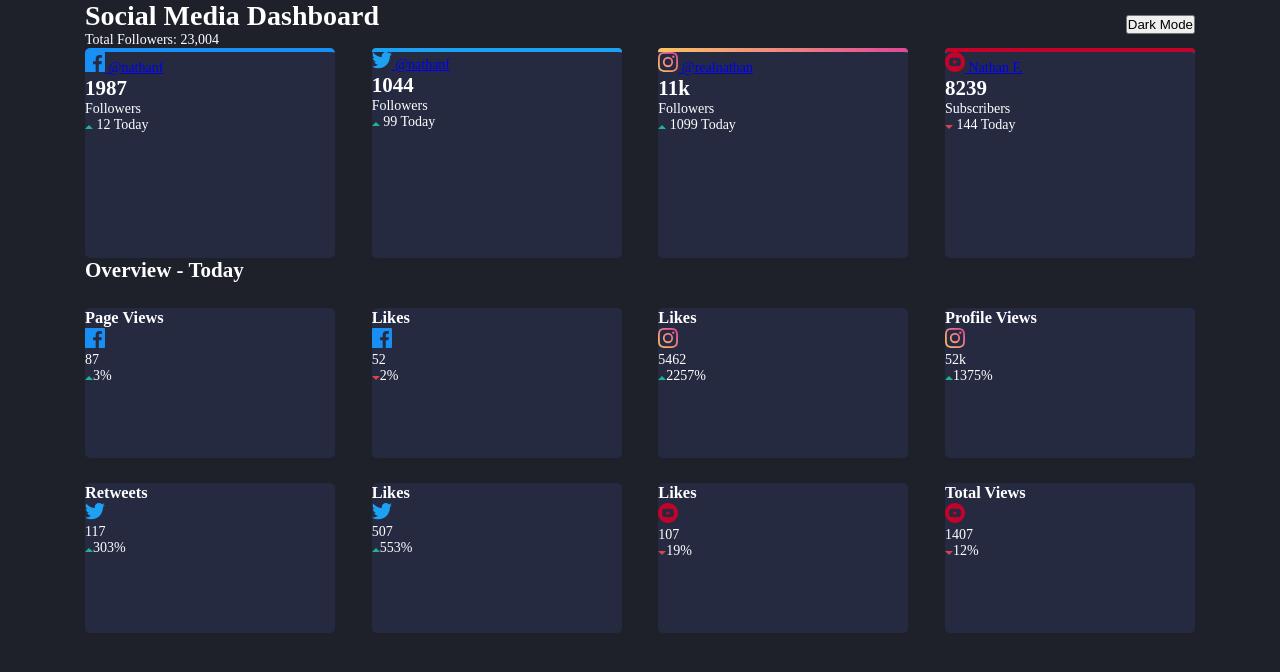
Repository: mamulini/social-media-dashboard-with-theme-switcher-master
Page: index.html
The author's editor kept a copy of each file at every save. The page is drawn from the files as they stood at one save, then again after the next save.
The browser window is 1280 px wide. The pictures show the whole page.

Above is the page before, as saved 2020-04-06 14:10:49.

### index.html
<!DOCTYPE html>
<html lang="en">

<head>
  <meta charset="UTF-8">
  <meta name="viewport" content="width=device-width, initial-scale=1.0">
  <link rel="icon" type="image/png" sizes="32x32" href="./images/favicon-32x32.png">
  <link rel="stylesheet" href="./css/style.css">
  <title>Frontend Mentor | [Challenge Name Here]</title>
</head>

<body>
  <main class="dashboard container">
    <header class="header">
      <div class="title">
        <h1 class="title__name">Social Media Dashboard</h1>
        <p class="title__total">Total Followers: 23,004</p>
      </div>
      <button class="theme" type="button">Dark Mode</button>
    </header>
    <div class="followers_block">
      <div class="folowers">

        <a class="followers__link" href="#"><svg xmlns="http://www.w3.org/2000/svg" width="20" height="20">
          <path fill="#178FF5" d="M18.896 0H1.104C.494 0 0 .494 0 1.104v17.793C0 19.506.494 20 1.104 20h9.58v-7.745H8.076V9.237h2.606V7.01c0-2.583 1.578-3.99 3.883-3.99 1.104 0 2.052.082 2.329.119v2.7h-1.598c-1.254 0-1.496.597-1.496 1.47v1.928h2.989l-.39 3.018h-2.6V20h5.098c.608 0 1.102-.494 1.102-1.104V1.104C20 .494 19.506 0 18.896 0z"/>
        </svg> @nathanf</a>
        <h2 class="followers__sum">1987</h2>
        <p class="followers__title">Followers</p>
        <p class="followers__today"><svg xmlns="http://www.w3.org/2000/svg" width="8" height="4"><path fill="#1EB589" fill-rule="evenodd" d="M0 4l4-4 4 4z"/></svg> 12 Today</p>
      </div>
      <div class="folowers folowers--twitter">
        <a class="followers__link" href="#"><svg xmlns="http://www.w3.org/2000/svg" width="20" height="17"><path fill="#1DA1F2" d="M20 1.924a8.192 8.192 0 01-2.357.646A4.11 4.11 0 0019.448.3a8.22 8.22 0 01-2.606.996A4.096 4.096 0 0013.847 0c-2.65 0-4.596 2.472-3.998 5.037A11.648 11.648 0 011.392.752a4.109 4.109 0 001.27 5.478 4.086 4.086 0 01-1.858-.513C.76 7.616 2.122 9.395 4.095 9.79a4.113 4.113 0 01-1.853.07 4.106 4.106 0 003.833 2.849A8.25 8.25 0 010 14.41a11.616 11.616 0 006.29 1.843c7.618 0 11.922-6.434 11.663-12.205A8.354 8.354 0 0020 1.924z"/></svg> @nathanf</a>
        <h2 class="followers__sum">1044</h2>
        <p class="followers__title">Followers</p>
        <p class="followers__today"><svg xmlns="http://www.w3.org/2000/svg" width="8" height="4"><path fill="#1EB589" fill-rule="evenodd" d="M0 4l4-4 4 4z"/></svg> 99 Today</p>
      </div>
      <div class="folowers folowers--instagram">
        <a class="followers__link" href="#"><svg xmlns="http://www.w3.org/2000/svg" width="20" height="20"><defs><linearGradient id="a" x1="100%" x2="0%" y1="0%" y2="100%"><stop offset="0%" stop-color="#DF4896"/><stop offset="50.913%" stop-color="#EE877E"/><stop offset="100%" stop-color="#FDC366"/></linearGradient></defs><path fill="url(#a)" d="M10 1.802c2.67 0 2.987.01 4.042.059 2.71.123 3.975 1.409 4.099 4.099.048 1.054.057 1.37.057 4.04 0 2.672-.01 2.988-.057 4.042-.124 2.687-1.387 3.975-4.1 4.099-1.054.048-1.37.058-4.041.058-2.67 0-2.987-.01-4.04-.058-2.717-.124-3.977-1.416-4.1-4.1-.048-1.054-.058-1.37-.058-4.041 0-2.67.01-2.986.058-4.04.124-2.69 1.387-3.977 4.1-4.1 1.054-.048 1.37-.058 4.04-.058zM10 0C7.284 0 6.944.012 5.878.06 2.246.227.228 2.242.06 5.877.01 6.944 0 7.284 0 10s.012 3.057.06 4.123c.167 3.632 2.182 5.65 5.817 5.817 1.067.048 1.407.06 4.123.06s3.057-.012 4.123-.06c3.629-.167 5.652-2.182 5.816-5.817.05-1.066.061-1.407.061-4.123s-.012-3.056-.06-4.122C19.777 2.249 17.76.228 14.124.06 13.057.01 12.716 0 10 0zm0 4.865a5.135 5.135 0 100 10.27 5.135 5.135 0 000-10.27zm0 8.468a3.333 3.333 0 110-6.666 3.333 3.333 0 010 6.666zm5.338-9.87a1.2 1.2 0 100 2.4 1.2 1.2 0 000-2.4z"/></svg> @realnathan</a>
        <h2 class="followers__sum">11k</h2>
        <p class="followers__title">Followers</p>
        <p class="followers__today"><svg xmlns="http://www.w3.org/2000/svg" width="8" height="4"><path fill="#1EB589" fill-rule="evenodd" d="M0 4l4-4 4 4z"/></svg> 1099 Today</p>
      </div>
      <div class="folowers folowers--youtube">
        <a class="followers__link" href="#"><svg xmlns="http://www.w3.org/2000/svg" width="20" height="20"><path fill="#C4032B" d="M10 0C4.478 0 0 4.478 0 10c0 5.523 4.478 10 10 10 5.523 0 10-4.477 10-10 0-5.522-4.477-10-10-10zm3.7 14.077c-1.75.12-5.652.12-7.402 0-1.896-.13-2.117-1.059-2.131-4.077.014-3.024.237-3.947 2.131-4.077 1.75-.12 5.652-.12 7.403 0 1.897.13 2.117 1.059 2.132 4.077-.015 3.024-.237 3.947-2.132 4.077zM8.334 8.048l4.098 1.949-4.098 1.955V8.048z"/></svg> Nathan F.</a>
        <h2 class="followers__sum">8239</h2>
        <p class="followers__title">Subscribers</p>
        <p class="followers__today"><svg xmlns="http://www.w3.org/2000/svg" width="8" height="4"><path fill="#DC414C" fill-rule="evenodd" d="M0 0l4 4 4-4z"/></svg> 144 Today</p>
      </div>

    </div>
    <div class="overview">
      <h2 class="overview__title">Overview - Today</h2>
    </div>
    <div class="likes_counter">
      <div class="likes">
        <h3 class="likes__title">Page Views</h3>
        <svg xmlns="http://www.w3.org/2000/svg" width="20" height="20"><path fill="#178FF5" d="M18.896 0H1.104C.494 0 0 .494 0 1.104v17.793C0 19.506.494 20 1.104 20h9.58v-7.745H8.076V9.237h2.606V7.01c0-2.583 1.578-3.99 3.883-3.99 1.104 0 2.052.082 2.329.119v2.7h-1.598c-1.254 0-1.496.597-1.496 1.47v1.928h2.989l-.39 3.018h-2.6V20h5.098c.608 0 1.102-.494 1.102-1.104V1.104C20 .494 19.506 0 18.896 0z"/></svg>
        <p class="likes__num">87</p>
        <p class="likes__procent"><svg xmlns="http://www.w3.org/2000/svg" width="8" height="4"><path fill="#1EB589" fill-rule="evenodd" d="M0 4l4-4 4 4z"/></svg>3%</p>
      </div>
      <div class="likes">
        <h3 class="likes__title">Likes</h3>
        <svg xmlns="http://www.w3.org/2000/svg" width="20" height="20"><path fill="#178FF5" d="M18.896 0H1.104C.494 0 0 .494 0 1.104v17.793C0 19.506.494 20 1.104 20h9.58v-7.745H8.076V9.237h2.606V7.01c0-2.583 1.578-3.99 3.883-3.99 1.104 0 2.052.082 2.329.119v2.7h-1.598c-1.254 0-1.496.597-1.496 1.47v1.928h2.989l-.39 3.018h-2.6V20h5.098c.608 0 1.102-.494 1.102-1.104V1.104C20 .494 19.506 0 18.896 0z"/></svg>
        <p class="likes__num">52</p>
        <p class="likes__procent"><svg xmlns="http://www.w3.org/2000/svg" width="8" height="4"><path fill="#DC414C" fill-rule="evenodd" d="M0 0l4 4 4-4z"/></svg>2%</p>
      </div>
      <div class="likes">
        <h3 class="likes__title">Likes</h3>
        <svg xmlns="http://www.w3.org/2000/svg" width="20" height="20"><defs><linearGradient id="a" x1="100%" x2="0%" y1="0%" y2="100%"><stop offset="0%" stop-color="#DF4896"/><stop offset="50.913%" stop-color="#EE877E"/><stop offset="100%" stop-color="#FDC366"/></linearGradient></defs><path fill="url(#a)" d="M10 1.802c2.67 0 2.987.01 4.042.059 2.71.123 3.975 1.409 4.099 4.099.048 1.054.057 1.37.057 4.04 0 2.672-.01 2.988-.057 4.042-.124 2.687-1.387 3.975-4.1 4.099-1.054.048-1.37.058-4.041.058-2.67 0-2.987-.01-4.04-.058-2.717-.124-3.977-1.416-4.1-4.1-.048-1.054-.058-1.37-.058-4.041 0-2.67.01-2.986.058-4.04.124-2.69 1.387-3.977 4.1-4.1 1.054-.048 1.37-.058 4.04-.058zM10 0C7.284 0 6.944.012 5.878.06 2.246.227.228 2.242.06 5.877.01 6.944 0 7.284 0 10s.012 3.057.06 4.123c.167 3.632 2.182 5.65 5.817 5.817 1.067.048 1.407.06 4.123.06s3.057-.012 4.123-.06c3.629-.167 5.652-2.182 5.816-5.817.05-1.066.061-1.407.061-4.123s-.012-3.056-.06-4.122C19.777 2.249 17.76.228 14.124.06 13.057.01 12.716 0 10 0zm0 4.865a5.135 5.135 0 100 10.27 5.135 5.135 0 000-10.27zm0 8.468a3.333 3.333 0 110-6.666 3.333 3.333 0 010 6.666zm5.338-9.87a1.2 1.2 0 100 2.4 1.2 1.2 0 000-2.4z"/></svg>
        <p class="likes__num">5462</p>
        <p class="likes__procent"><svg xmlns="http://www.w3.org/2000/svg" width="8" height="4"><path fill="#1EB589" fill-rule="evenodd" d="M0 4l4-4 4 4z"/></svg>2257%</p>
      </div>
      <div class="likes">
        <h3 class="likes__title">Profile Views</h3>
        <svg xmlns="http://www.w3.org/2000/svg" width="20" height="20"><defs><linearGradient id="a" x1="100%" x2="0%" y1="0%" y2="100%"><stop offset="0%" stop-color="#DF4896"/><stop offset="50.913%" stop-color="#EE877E"/><stop offset="100%" stop-color="#FDC366"/></linearGradient></defs><path fill="url(#a)" d="M10 1.802c2.67 0 2.987.01 4.042.059 2.71.123 3.975 1.409 4.099 4.099.048 1.054.057 1.37.057 4.04 0 2.672-.01 2.988-.057 4.042-.124 2.687-1.387 3.975-4.1 4.099-1.054.048-1.37.058-4.041.058-2.67 0-2.987-.01-4.04-.058-2.717-.124-3.977-1.416-4.1-4.1-.048-1.054-.058-1.37-.058-4.041 0-2.67.01-2.986.058-4.04.124-2.69 1.387-3.977 4.1-4.1 1.054-.048 1.37-.058 4.04-.058zM10 0C7.284 0 6.944.012 5.878.06 2.246.227.228 2.242.06 5.877.01 6.944 0 7.284 0 10s.012 3.057.06 4.123c.167 3.632 2.182 5.65 5.817 5.817 1.067.048 1.407.06 4.123.06s3.057-.012 4.123-.06c3.629-.167 5.652-2.182 5.816-5.817.05-1.066.061-1.407.061-4.123s-.012-3.056-.06-4.122C19.777 2.249 17.76.228 14.124.06 13.057.01 12.716 0 10 0zm0 4.865a5.135 5.135 0 100 10.27 5.135 5.135 0 000-10.27zm0 8.468a3.333 3.333 0 110-6.666 3.333 3.333 0 010 6.666zm5.338-9.87a1.2 1.2 0 100 2.4 1.2 1.2 0 000-2.4z"/></svg>
        <p class="likes__num">52k</p>
        <p class="likes__procent"><svg xmlns="http://www.w3.org/2000/svg" width="8" height="4"><path fill="#1EB589" fill-rule="evenodd" d="M0 4l4-4 4 4z"/></svg>1375%</p>
      </div>
      <div class="likes">
        <h3 class="likes__title">Retweets</h3>
        <svg xmlns="http://www.w3.org/2000/svg" width="20" height="17"><path fill="#1DA1F2" d="M20 1.924a8.192 8.192 0 01-2.357.646A4.11 4.11 0 0019.448.3a8.22 8.22 0 01-2.606.996A4.096 4.096 0 0013.847 0c-2.65 0-4.596 2.472-3.998 5.037A11.648 11.648 0 011.392.752a4.109 4.109 0 001.27 5.478 4.086 4.086 0 01-1.858-.513C.76 7.616 2.122 9.395 4.095 9.79a4.113 4.113 0 01-1.853.07 4.106 4.106 0 003.833 2.849A8.25 8.25 0 010 14.41a11.616 11.616 0 006.29 1.843c7.618 0 11.922-6.434 11.663-12.205A8.354 8.354 0 0020 1.924z"/></svg>
        <p class="likes__num">117</p>
        <p class="likes__procent"><svg xmlns="http://www.w3.org/2000/svg" width="8" height="4"><path fill="#1EB589" fill-rule="evenodd" d="M0 4l4-4 4 4z"/></svg>303%</p>
      </div>
      <div class="likes">
        <h3 class="likes__title">Likes</h3>
        <svg xmlns="http://www.w3.org/2000/svg" width="20" height="17"><path fill="#1DA1F2" d="M20 1.924a8.192 8.192 0 01-2.357.646A4.11 4.11 0 0019.448.3a8.22 8.22 0 01-2.606.996A4.096 4.096 0 0013.847 0c-2.65 0-4.596 2.472-3.998 5.037A11.648 11.648 0 011.392.752a4.109 4.109 0 001.27 5.478 4.086 4.086 0 01-1.858-.513C.76 7.616 2.122 9.395 4.095 9.79a4.113 4.113 0 01-1.853.07 4.106 4.106 0 003.833 2.849A8.25 8.25 0 010 14.41a11.616 11.616 0 006.29 1.843c7.618 0 11.922-6.434 11.663-12.205A8.354 8.354 0 0020 1.924z"/></svg>
        <p class="likes__num">507</p>
        <p class="likes__procent"><svg xmlns="http://www.w3.org/2000/svg" width="8" height="4"><path fill="#1EB589" fill-rule="evenodd" d="M0 4l4-4 4 4z"/></svg>553%</p>
      </div>
      <div class="likes">
        <h3 class="likes__title">Likes</h3>
        <svg xmlns="http://www.w3.org/2000/svg" width="20" height="20"><path fill="#C4032B" d="M10 0C4.478 0 0 4.478 0 10c0 5.523 4.478 10 10 10 5.523 0 10-4.477 10-10 0-5.522-4.477-10-10-10zm3.7 14.077c-1.75.12-5.652.12-7.402 0-1.896-.13-2.117-1.059-2.131-4.077.014-3.024.237-3.947 2.131-4.077 1.75-.12 5.652-.12 7.403 0 1.897.13 2.117 1.059 2.132 4.077-.015 3.024-.237 3.947-2.132 4.077zM8.334 8.048l4.098 1.949-4.098 1.955V8.048z"/></svg>
        <p class="likes__num">107</p>
        <p class="likes__procent"><svg xmlns="http://www.w3.org/2000/svg" width="8" height="4"><path fill="#DC414C" fill-rule="evenodd" d="M0 0l4 4 4-4z"/></svg>19%</p>
      </div>
      <div class="likes">
        <h3 class="likes__title">Total Views</h3>
        <svg xmlns="http://www.w3.org/2000/svg" width="20" height="20"><path fill="#C4032B" d="M10 0C4.478 0 0 4.478 0 10c0 5.523 4.478 10 10 10 5.523 0 10-4.477 10-10 0-5.522-4.477-10-10-10zm3.7 14.077c-1.75.12-5.652.12-7.402 0-1.896-.13-2.117-1.059-2.131-4.077.014-3.024.237-3.947 2.131-4.077 1.75-.12 5.652-.12 7.403 0 1.897.13 2.117 1.059 2.132 4.077-.015 3.024-.237 3.947-2.132 4.077zM8.334 8.048l4.098 1.949-4.098 1.955V8.048z"/></svg>
        <p class="likes__num">1407</p>
        <p class="likes__procent"><svg xmlns="http://www.w3.org/2000/svg" width="8" height="4"><path fill="#DC414C" fill-rule="evenodd" d="M0 0l4 4 4-4z"/></svg>12%</p>
      </div>
    </div>
  </main>
  <!-- <div class="attribution">
    Challenge by <a href="https://www.frontendmentor.io?ref=challenge" target="_blank">Frontend Mentor</a>.
    Coded by <a href="#">Your Name Here</a>.
  </div> -->
</body>

</html>

### css/style.css
*{
    padding: 0;
    margin: 0;
    box-sizing: border-box;
}

body{
    font-size: 14px;
    background: hsl(230, 17%, 14%);
    color: #ffffff;
}

.container{
    max-width: 1110px;
    margin: 0 auto;

}

.header{
    display: flex;
    justify-content: space-between;
    align-items: center;
}

.followers_block{
    display: flex;
    justify-content: space-between;
}

.folowers{
    width: 250px;
    height: 210px;
    border-top: 4px solid #178FF5;
    border-radius: 5px;
    background: hsl(228, 28%, 20%);
    position: relative;
}

.folowers::before{
    content:'';
    position:absolute;
    width:100%;
    height:4px;
    top:-4px;
    left:0;
    border-radius: 5px 5px 0 0 ;
}
.folowers--twitter::before{
    background: #1DA1F2;
}
.folowers--instagram::before{
    background:linear-gradient(to left, #DF4896 0% , #EE877E 50%, #FDC366 100%);

}

.folowers--youtube::before{
    background: #C4032B;
}

.likes_counter{
    display: flex;
    justify-content: space-between;
    flex-wrap: wrap;
}

.likes{
    flex: 0 0 calc(25% - #{$gap});
    width: 250px;
    height: 150px;
    background:  hsl(228, 28%, 20%);
    margin-top: 25px;
    border-radius: 5px;
}






.attribution { font-size: 11px; text-align: center; }
.attribution a { color: hsl(228, 45%, 44%); }

After the next save:
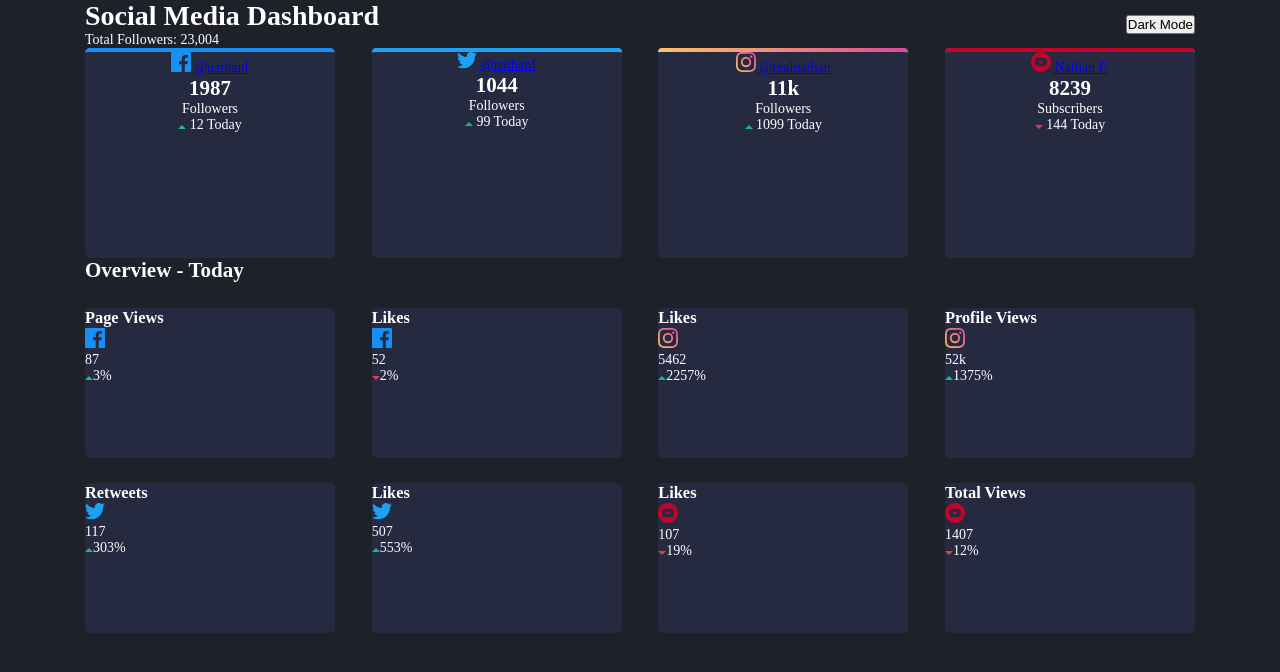
Saved 2 min 47 s later.
--- a/css/style.css
+++ b/css/style.css
@@ -34,6 +34,9 @@ body{
     border-radius: 5px;
     background: hsl(228, 28%, 20%);
     position: relative;
+    display: flex;
+    flex-direction: column;
+    align-items: center;
 }
 
 .folowers::before{
